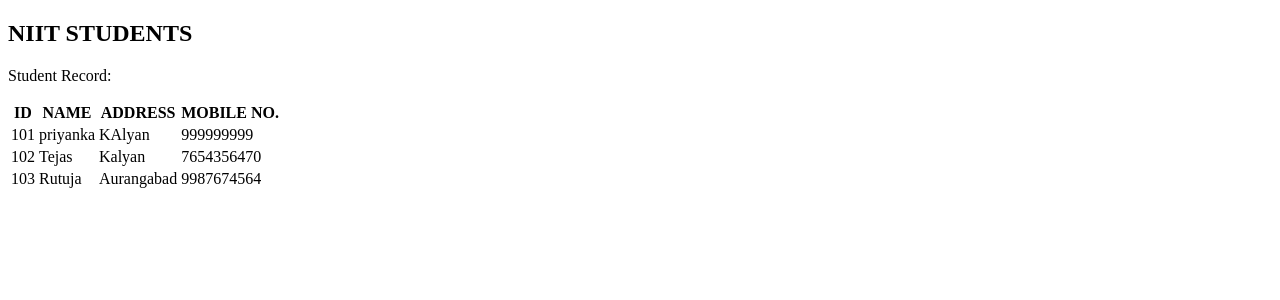
Repository: priyankateli27/priyanka
Page: http://localhost/SirAssignment/Entry_Table.jsp
These files come from the project's save history. The page is drawn as it stood at one moment and after the next save; the edit follows.
The browser window is 1280 px wide. The pictures show the whole page.
The page is served by Tomcat 9.

Above is the page before, as saved 2016-07-14 13:21:18.

After the next save:
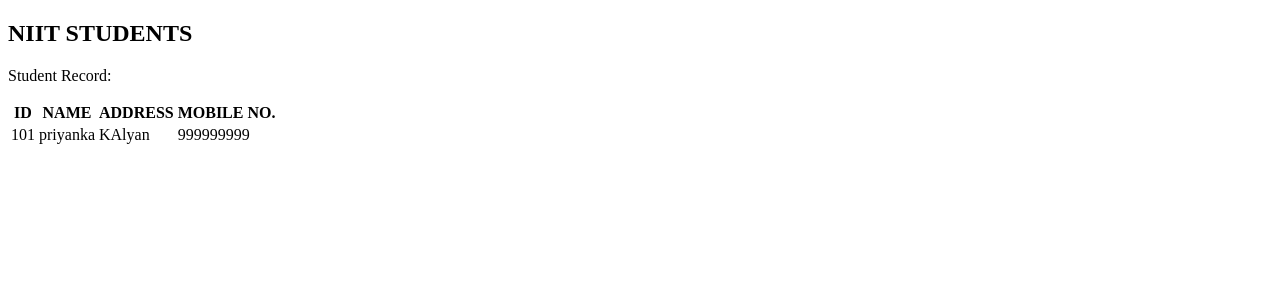
Saved 13 s later.
--- a/SirAssignment/src/main/webapp/Entry_Table.jsp
+++ b/SirAssignment/src/main/webapp/Entry_Table.jsp
@@ -36,18 +36,7 @@
         <td><%=p.getAddress() %></td>
         <td><%=p.getMob_No()%></td>
       </tr>
-      <tr>
-        <td>102</td>
-        <td>Tejas</td>
-        <td>Kalyan</td>
-        <td>7654356470</td>
-      </tr>
-      <tr>
-        <td>103</td>
-        <td>Rutuja</td>
-        <td>Aurangabad</td>
-        <td>9987674564</td>
-      </tr>
+
     </tbody>
   </table>
 </div>
